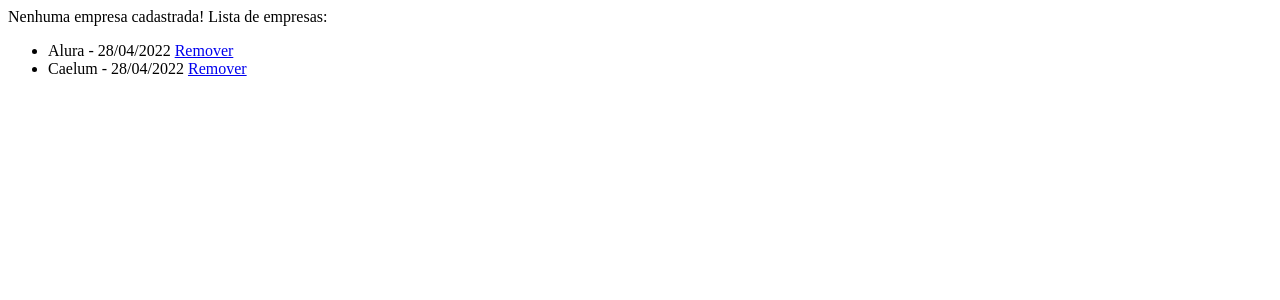
Repository: carolruo/alura-formacao-backend
Page: http://localhost/gerenciador/listaEmpresas
These files come from the project's save history. The page is drawn as it stood at one moment and after the next save; the edit follows.
The browser window is 1280 px wide. The pictures show the whole page.
The page is served by Tomcat 9.

Above is the page before, as saved 2022-05-04 16:24:13.

After the next save:
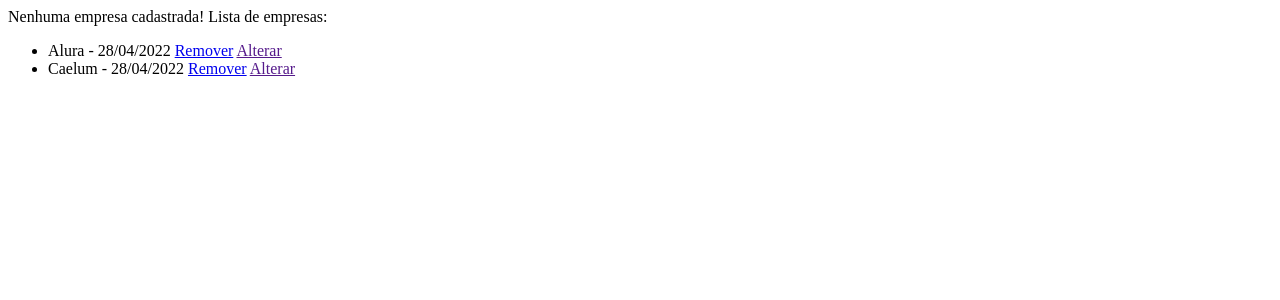
Saved 17 s later.
--- a/java-servlets/gerenciador/WebContent/listaEmpresas.jsp
+++ b/java-servlets/gerenciador/WebContent/listaEmpresas.jsp
@@ -23,6 +23,7 @@
     	<c:forEach items="${empresas}" var="empresa">
     		<li>${empresa.nome} - <fmt:formatDate value="${empresa.dataAbertura}" pattern="dd/MM/yyyy"/>
     		<a href="gerenciador/removerEmpresa">Remover</a>
+    		<a href="">Alterar</a>
     		</li>
     	</c:forEach>
     </ul>
